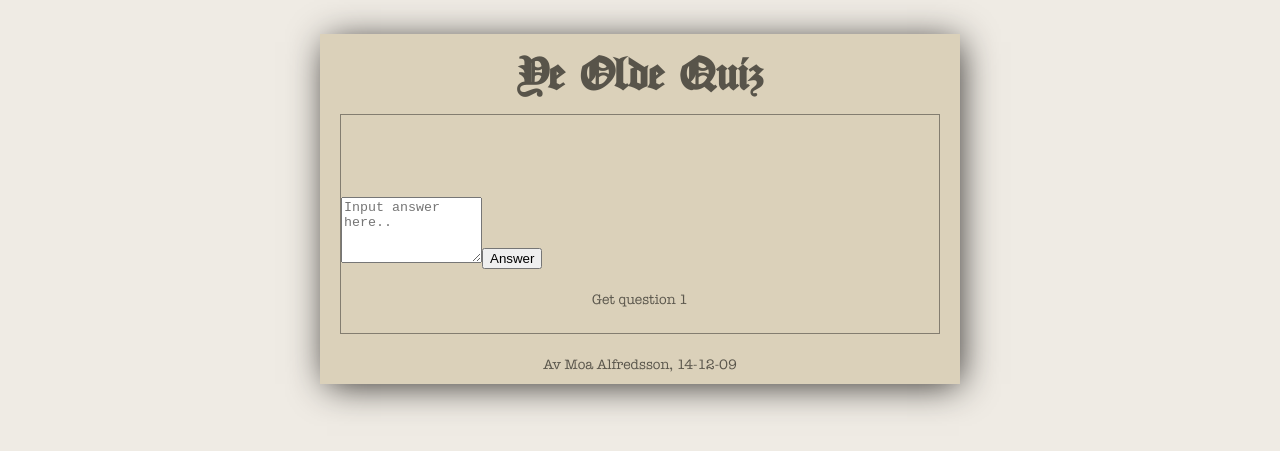
Repository: ma223md/1dv403-laborationer
Page: 4-thequiz/index.html
The author's editor kept a record of every edit. The page is drawn from the files as they stood at one moment, then again after the next edit.
The browser window is 1280 px wide. The pictures show the whole page.
After loading, the first visible `#startButton` was clicked once.
The page's requests for data from a server got no answer.

Above is the page before.

### 4-thequiz/index.html
<!DOCTYPE html>
<html>
    <head>
        <meta charset="UTF-8" />
        <link rel="stylesheet" href="css/quizstyle.css" />
        <script src="js/quiz.js"></script>
        <title>Ye Olde Quiz</title>
    </head>

    <body>
        <div id="container">
            <header>
                <h1>Ye Olde Quiz</h1>
            </header>
            <main>
                <div id="quizarea"></div>
                <p>Get question 1</p>
            </main>
            <footer>
                <p>Av Moa Alfredsson, 14-12-09</p>
            </footer>
        </div>
    </body>
</html>

### 4-thequiz/css/quizstyle.css
@font-face {
    font-family: headline;
    src: url(../fonts/OldLondon.ttf);
}

@font-face {
    font-family: article;
    src: url(../fonts/linowrite.ttf);
}

body
{
    background-color: #efebe4;
}

header h1 {
    text-align: center;
    padding-top: 15px;
    color: #58544A;
    font-family: headline;
    font-size: 50px;
}

#container {
    display: block;
    margin-left: auto;
    margin-right: auto;
    width: 600px;
    background-color: #dbd1ba;
    padding-left: 20px;
    padding-right: 20px;
    -webkit-box-shadow: 3px 4px 35px -4px rgba(38,35,32,1);
    -moz-box-shadow: 3px 4px 35px -4px rgba(38,35,32,1);
    box-shadow: 3px 4px 35px -4px rgba(38,35,32,1);
}

main {
    border-style: solid;
    border-width: 1px;
    border-color: #837D70;
}

p {
    font-family: article;
    font-size: 14px;
    text-align: center;
    padding-top: 10px;
    padding-bottom: 10px;
    padding-left: 20px;
    padding-right: 20px;
    color: #58544A;
    word-wrap: break-word;
}

#startButton {
    display: block;
    margin-left: auto;
    margin-right: auto;
    margin-bottom: 20px;
    font-family: article;
    background-color: #E2DAC8;
}

footer {
    font-size: 12px;
}

### 4-thequiz/js/quiz.js
"use strict";

// create quiz
function Quiz(){
    //define variables
    var qArray = [],
    qCounter = 0,
    aCounter = 0,
    form,
    questionText,
    inputArea,
    inputButton;

    // get quizboard
    var quizBoard = document.getElementById("quizarea"),

    // create start page elements
    startButton = document.createElement("input"),
    welcomeText = document.createElement("p");

    //set attributes for new elements
    startButton.setAttribute("type", "button");
    startButton.setAttribute("id", "startButton");
    startButton.setAttribute("value", "Start Quiz");

    // render new elements
    quizBoard.appendChild(welcomeText);
    quizBoard.appendChild(startButton);
    welcomeText.innerHTML = "Welcome! This quiz will test your mind to it's utmost limits!";

    // get first question
    startButton.onclick = function(){
        newQuestion("http://vhost3.lnu.se:20080/question/1");
    };

    // get question
    function newQuestion(url){
        //define variables
        var xhr = new XMLHttpRequest(),
        qObject,
        answerMessage;

        // clean board
        var quizBoard = document.getElementById("quizarea");
        quizBoard.innerHTML = "";

        form = document.createElement("form"),
        questionText = document.createElement("p"),
        inputArea = document.createElement("textarea"),
        inputButton = document.createElement("input");
        answerMessage = document.createElement("p");
        form.appendChild(answerMessage);

        // set id for form
        form.setAttribute("id", "form");

        // set attributes for textarea
        inputArea.setAttribute("cols", "15");
        inputArea.setAttribute("rows", "4");
        inputArea.setAttribute("placeholder", "Input answer here..");

        // set attributes for send button
        inputButton.setAttribute("type", "button");
        inputButton.setAttribute("value", "Answer");

        // append created elements
        quizBoard.appendChild(form);
        form.appendChild(questionText);
        form.appendChild(inputArea);
        form.appendChild(inputButton);

        xhr.onreadystatechange = function(){
        	if(xhr.readyState === 4 && xhr.status === 200){
        	    // get question and parse it
        	    qObject = JSON.parse(xhr.responseText);
                qArray.push(qObject);
                qCounter++;

                // print question
                questionText.innerHTML = "Question " + qCounter + ": " + qObject.question;
        	}
        };

    	xhr.open("GET", url, true);
        // skicka data med requesten, ange null om ingen data skall skickas
        xhr.send(null);

        // call answer function on click
        inputButton.onclick = function(){
            newAnswer(qObject.nextURL);
        };
    }

    // answer function goes here..
    function newAnswer(url){
        var xhrAnswer = new XMLHttpRequest(),
        aObject,
        answerMessage = document.getElementById("form");

        // create new elements
        answerMessage = document.createElement("p");
        form.appendChild(answerMessage);

        xhrAnswer.onreadystatechange = function() {
            if(xhrAnswer.readyState === 4){
                // get answer and parse
                aObject = JSON.parse(xhrAnswer.responseText);

                answerMessage.innerHTML = aObject.message;

                if (aObject.message === "Correct answer!"){
                    // render message
                    aCounter++;
                    answerMessage.innerHTML = aObject.message + " You made " + aCounter + " guesses!";

                    //call function with next url
                    aCounter = 0;
                    //newQuestion(aObject.nextURL);
                }

                else {
                    // add to answer counter
                    aCounter++;
                    answerMessage.innerHTML = "Incorrect, try again!";
                }
            }
        };
        // create answer object
        var sendAnswer = JSON.stringify({"answer": inputArea.value});
        // send answer
        xhrAnswer.open("POST", url, true);
        xhrAnswer.setRequestHeader('Content-Type', 'application/json');
        xhrAnswer.send(sendAnswer);
    }
}


window.onload = function(){
        new Quiz();
    };

After the next edit:
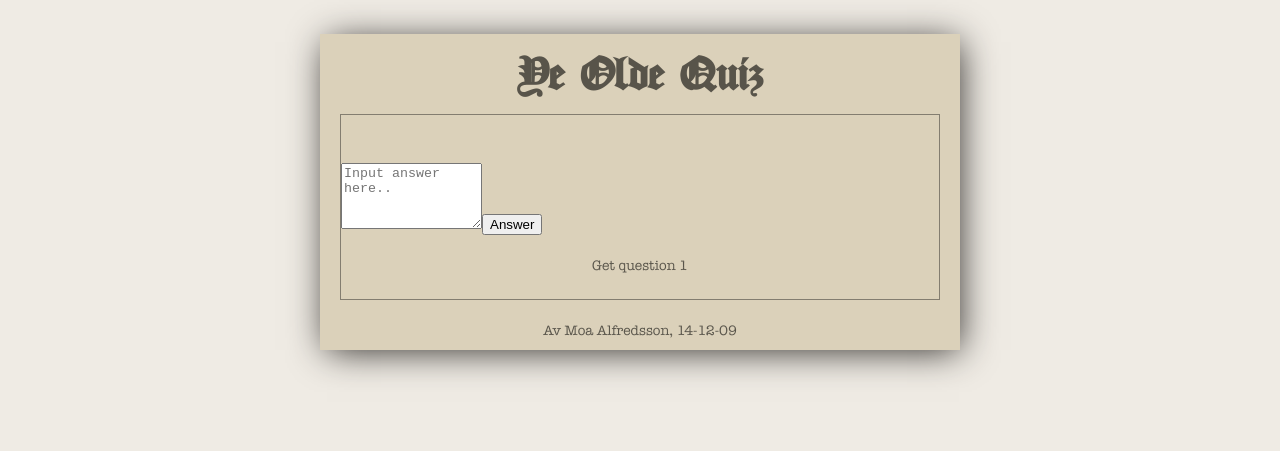
The edit:
--- a/4-thequiz/js/quiz.js
+++ b/4-thequiz/js/quiz.js
@@ -49,7 +49,7 @@
         inputArea = document.createElement("textarea"),
         inputButton = document.createElement("input");
         answerMessage = document.createElement("p");
-        form.appendChild(answerMessage);
+
 
         // set id for form
         form.setAttribute("id", "form");
